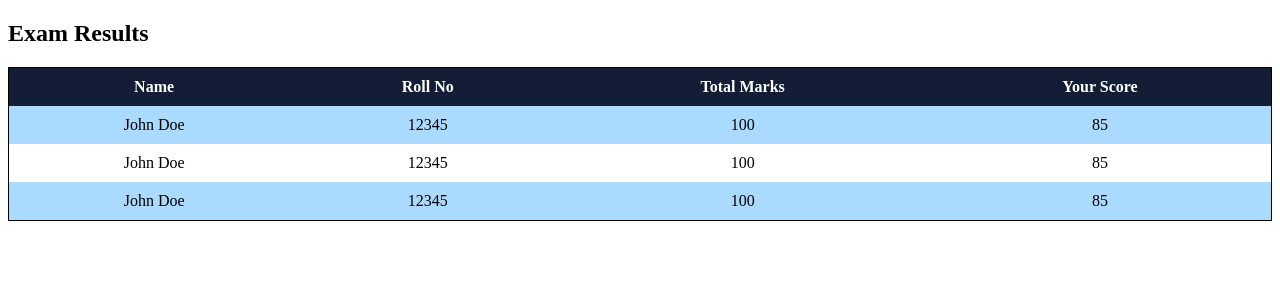
Repository: Buddhadip/ExamPortalApp_struts
Page: http://localhost/ExamWizard/WEB-INF/views/ExamResultPage.jsp
These files come from the project's save history. The page is drawn as it stood at one moment and after the next save; the edit follows.
The browser window is 1280 px wide. The pictures show the whole page.
The page is served by Tomcat 9. Nobody is signed in. The template is opened directly, without the code that normally fills it, so the values that code supplies are empty.

Above is the page before, as saved 2023-07-21 08:36:54.

After the next save:
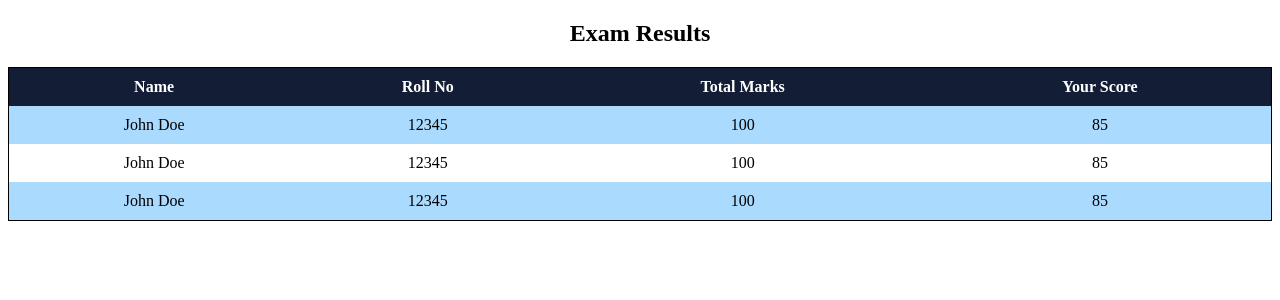
Saved 4 s later.
--- a/ExamWizard/src/main/webapp/public/styles/ExamResultPage.css
+++ b/ExamWizard/src/main/webapp/public/styles/ExamResultPage.css
@@ -2,7 +2,7 @@
 /* Styling for the table */
 
 h2{
-	text-allign:center;
+	text-align:center;
 }
 .results-table {
     width: 100%;
